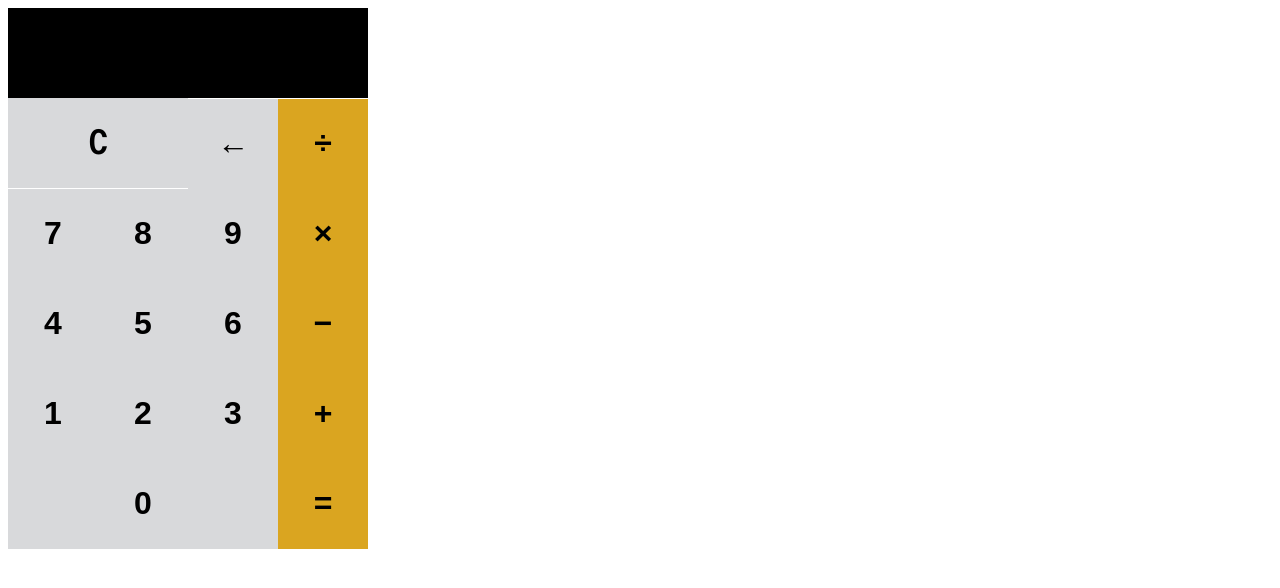
Repository: jontslater/LAB-calculator2
Page: index.html
An editor plug-in stored every save of this project. The page is shown before and after the next save, followed by the edit.
The browser window is 1280 px wide. The pictures show the whole page.

Above is the page before, as saved 2023-10-14 10:28:23.

After the next save:
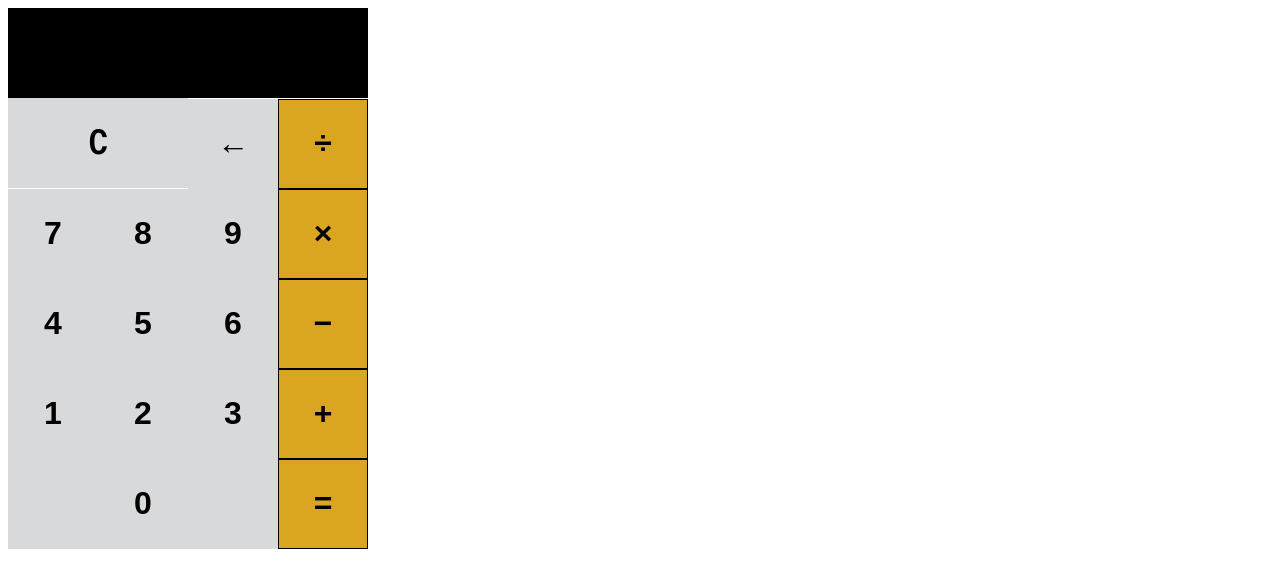
Saved 2 min 32 s later.
--- a/main.css
+++ b/main.css
@@ -49,6 +49,8 @@ body{
   font-size: xx-large;
   font-weight: bold;
   border: 1px;
+  border-color:#000000;
+  border-style:solid;
 }
 
 .box{
